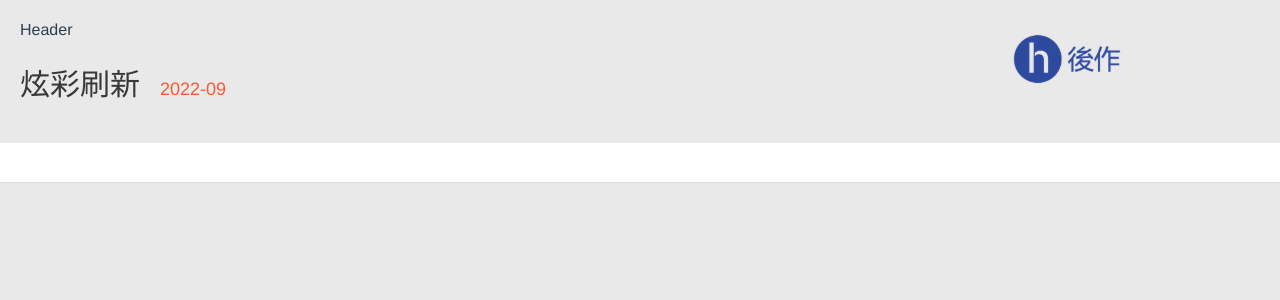
Repository: yezhonghu0503/houzuo
Page: /interiorDecoration
These files come from the project's save history. The page is drawn as it stood at one moment and after the next save; the edit follows.
The browser window is 1280 px wide. The pictures show the whole page.
The project was rebuilt for these pictures with package versions that can differ from the ones it lists, and the page was loaded fresh each time. Also part of the build but not shown: vite.config.ts.

Above is the page before, as saved 2022-09-29 11:14:04.

### src/main.ts
import { createApp } from 'vue'
import App from './App.vue'
//全局引入elementUI
import ElementPlus from 'element-plus'
import 'element-plus/dist/index.css'
import * as ElementPlusIconsVue from '@element-plus/icons-vue'
import router from './router'

const app = createApp(App)

for (const [key, component] of Object.entries(ElementPlusIconsVue)) {
    app.component(key, component)
}


app.use(ElementPlus)
app.use(router)
app.mount('#app')

### src/App.vue
<script setup lang="ts">
// This starter template is using Vue 3 <script setup> SFCs
// Check out https://vuejs.org/api/sfc-script-setup.html#script-setup

import Home from "./view/Home/Home.vue";

//import HelloWorld from './components/HelloWorld.vue'
</script>

<template>
  <!-- <Home></Home> -->
  <router-view />
</template>

<style>
body {
  background: rgba(233, 233, 233, 1);
}
#app {
  font-family: Avenir, Helvetica, Arial, sans-serif;
  -webkit-font-smoothing: antialiased;
  -moz-osx-font-smoothing: grayscale;
  text-align: center;
  color: #2c3e50;
  overflow-x: hidden;
  /* margin-top: 60px; */
}
</style>

### src/router/index.ts
import { createRouter, createWebHistory, createWebHashHistory } from 'vue-router'
import { defineAsyncComponent } from 'vue'

const router = createRouter({
    history: createWebHistory(),
    routes: [
        {
            path: '/',
            name: 'home',
            component: defineAsyncComponent(() => import(`../view/Home/Home.vue`)),
            meta: {
                title: '首页'
            }
        },
        {
            path: '/interiorDecoration',
            name: 'interiorDecoration',
            component: defineAsyncComponent(() => import(`../view/interiorDecoration/index.vue`)),
            meta: {
                title: '室内装修'
            }
        }
    ]
})

router.beforeEach((to, from, next) => {
    if (to.meta.title) {
        document.title = `${to.meta.title}`;
    }
    next()
})

router.afterEach((to, from) => {
    // console.log(to, from)
    console.log('afterEach')
})

export default router;

### src/view/interiorDecoration/index.vue
<script lang="ts">
import { ref } from "vue";
import {
  useRouter,
  useRoute,
  onBeforeRouteLeave,
  onBeforeRouteUpdate,
} from "vue-router";
const activeIndex = ref("1");
const activeIndex2 = ref("1");
const handleSelect = (key: string, keyPath: string[]) => {
  console.log(key, keyPath);
};
export default {
  setup() {
    const router = useRouter();
    const route = useRoute();
    let timenow: string = new Date().toJSON().substring(0, 7);

    return {
      timenow,
    };
  },
};
</script>

    <template>
  <div id="head">
    <el-row class="head-row" :gutter="2">
      <el-col :span="16">
        <el-container class="head-tit">
          <el-header>Header</el-header>
          <el-footer
            ><h1>
              炫彩刷新<font class="timeshow">{{ timenow }}</font>
            </h1>
          </el-footer>
        </el-container>
      </el-col>
      <el-col :span="8" align="middle">
        <!-- <img
          style="margin-top: 15px"
          src="https://lacblog.top/upload/2022/06/H2022%20(3).png.png"
          alt=""
        /> -->
        <svg
          style="margin-top: 0px"
          xmlns="http://www.w3.org/2000/svg"
          xmlns:xlink="http://www.w3.org/1999/xlink"
          width="118"
          height="118"
          viewBox="0 0 118 118"
          fill="none"
        >
          <defs>
            <pattern
              id="pattern0"
              patternContentUnits="objectBoundingBox"
              width="1"
              height="1"
            >
              <use
                transform="translate(0 0) scale(0.004975124378109453 0.004975124378109453) rotate(0)"
                xlink:href="#image0"
              />
            </pattern>
            <image
              id="image0"
              width="201"
              height="201"
              xlink:href="data:[embedded picture, 6090 characters]"
            />
          </defs>
          <path
            id="H2022 (2).png"
            fill-rule="evenodd"
            style="fill: url(#pattern0)"
            transform="translate(0 0)  rotate(0 59 59)"
            opacity="1"
            d="M0,118L118,118L118,0L0,0L0,118Z "
          />
        </svg>
      </el-col>
    </el-row>
  </div>
  <div id="main">
    <el-menu
    :default-active="activeIndex"
    class="el-menu-demo"
    mode="horizontal"

    text-color="#fff"
    active-text-color="#ffd04b"
    @select="handleSelect"
    >
      <el-menu-item index="1">炫彩刷新</el-menu-item>
      <el-menu-item index="2">微装翻新</el-menu-item>
      <el-menu-item index="3">全屋整装</el-menu-item>
    </el-menu>
    <div class="h-6" />
  </div>
</template>

    <style>
* {
  border: 0;
  padding: 0;
  margin: 0;
}
#head {
  left: 0px;
  top: 0px;
  width: 100vw;
  height: 143px;
  /* background: turquoise; */
}
.head-row {
  height: 100%;
}
.head-tit {
  text-align: left;
  line-height: 60px;
}
.head-tit h1 {
  font-size: 30px;
  font-weight: 300;
  letter-spacing: 0px;
  line-height: 50px;
  color: rgba(56, 56, 56, 1);
  text-align: left;
  /*vertical-align: top;*/
}
.timeshow {
  /** 文本1 */
  font-size: 18px;
  font-weight: 500;
  letter-spacing: 0px;
  line-height: 0px;
  color: rgba(255, 87, 51, 1);
  text-align: left;
  margin-left: 20px;
}
.el-menu-demo {
  height: 40px;
}
</style>

Loaded but not shown: index.html (common file)

After the next save:
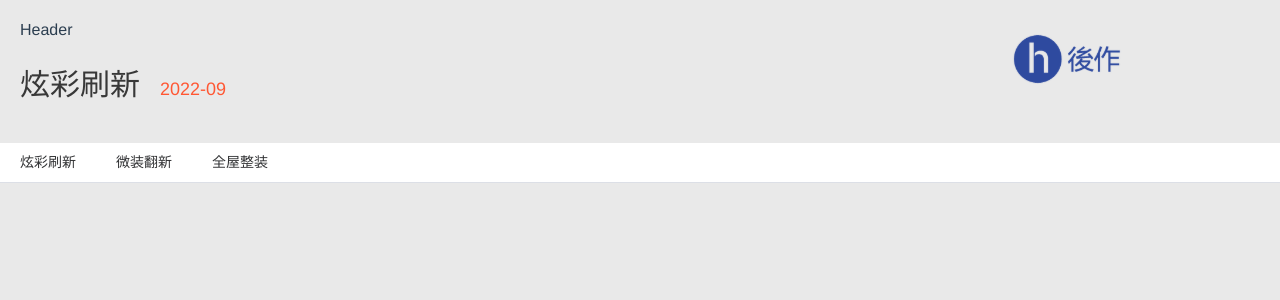
Saved 24 s later.
--- a/src/view/interiorDecoration/index.vue
+++ b/src/view/interiorDecoration/index.vue
@@ -85,12 +85,10 @@
   </div>
   <div id="main">
     <el-menu
-    :default-active="activeIndex"
+      :default-active="activeIndex"
     class="el-menu-demo"
     mode="horizontal"
 
-    text-color="#fff"
-    active-text-color="#ffd04b"
     @select="handleSelect"
     >
       <el-menu-item index="1">炫彩刷新</el-menu-item>
